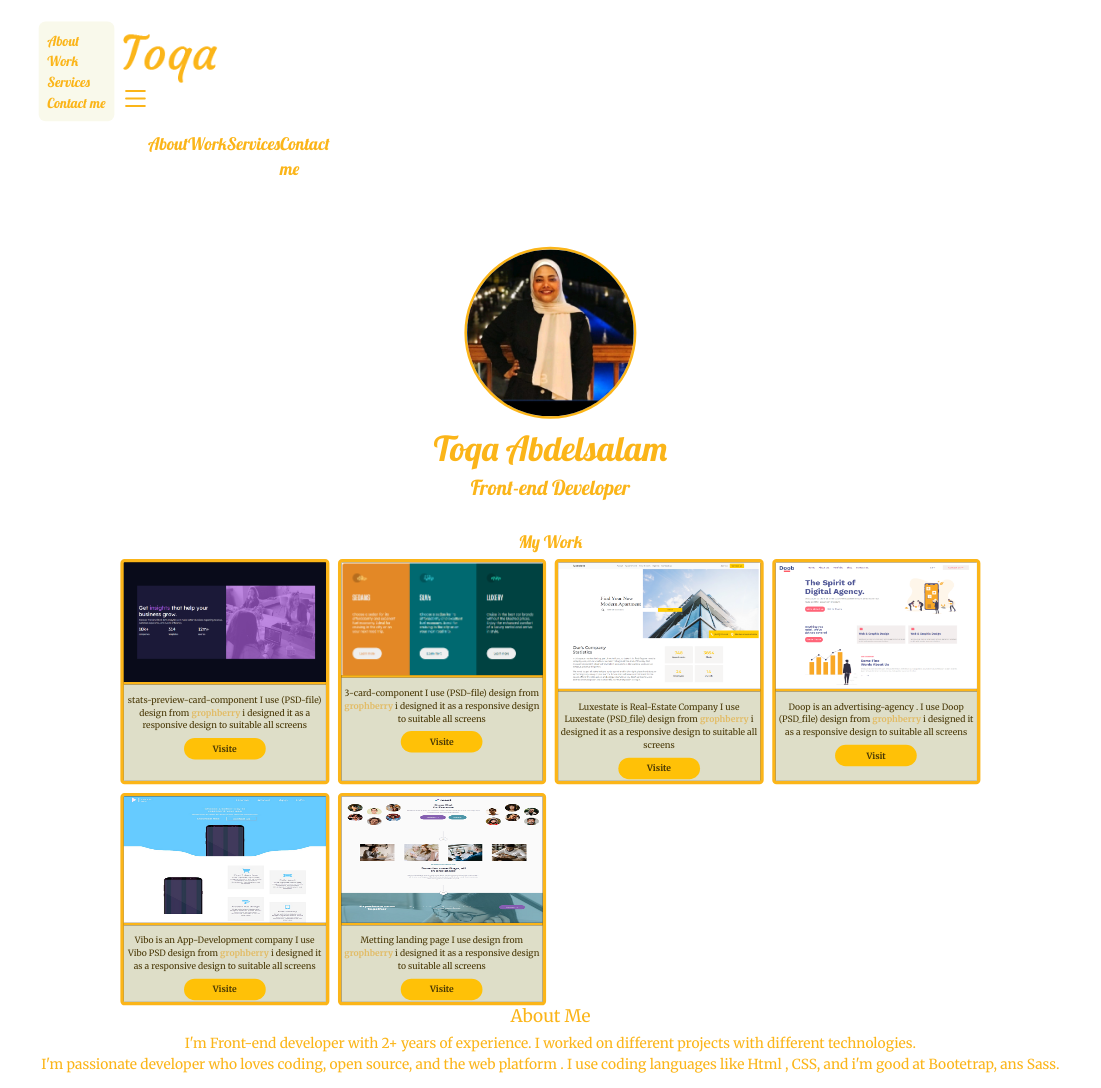
Repository: Toqa-25/portfolio
Page: index.html
The author's editor kept a copy of each file at every save. The page is drawn from the files as they stood at one save, then again after the next save.
The browser window is 1280 px wide. The pictures show the whole page, at 86% of full size.
Some web fonts or font styles are not loaded; a fallback is used.

Above is the page before, as saved 2021-10-31 16:16:58.

After the next save:
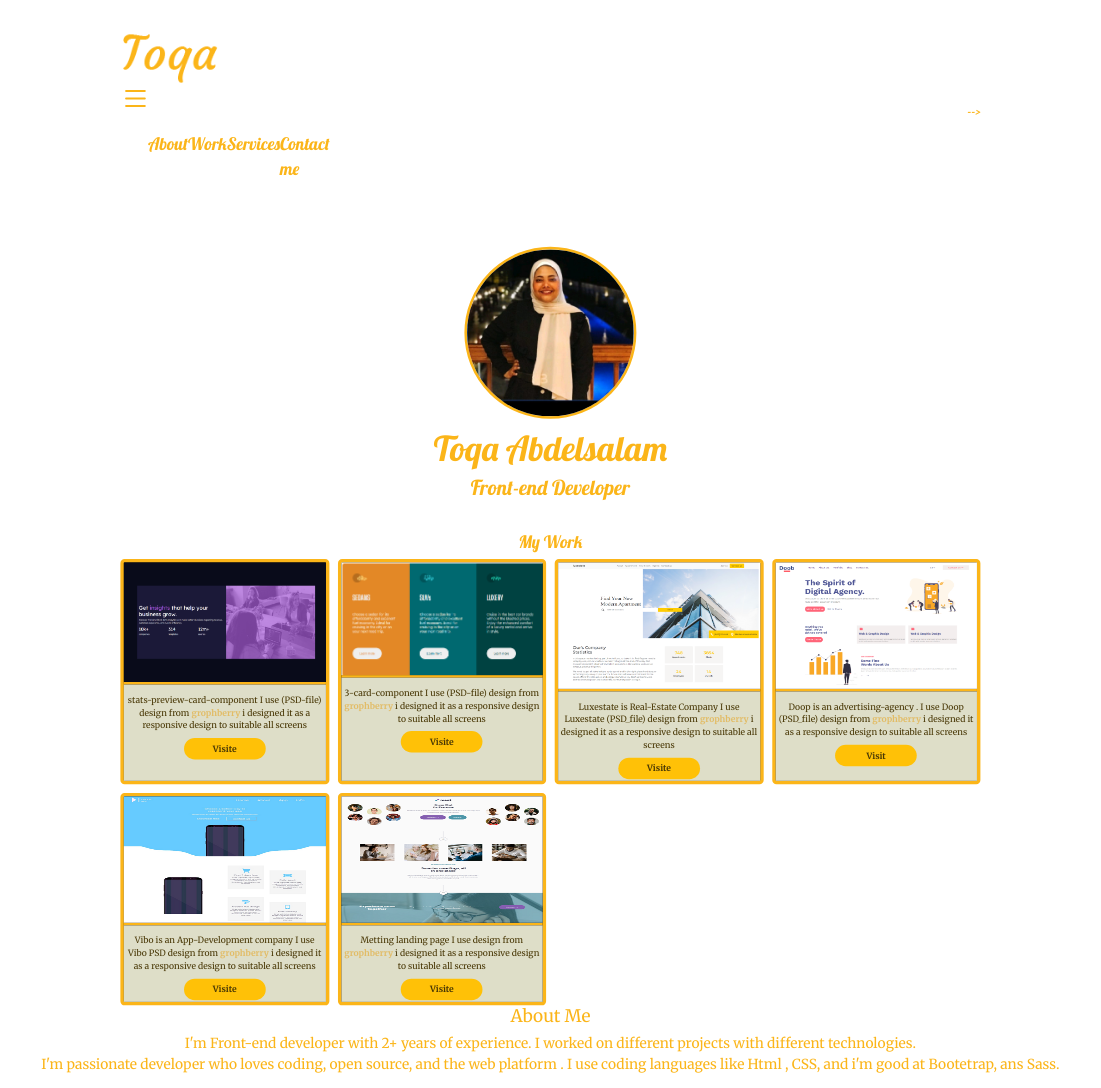
Saved 11 s later.
--- a/index.html
+++ b/index.html
@@ -44,7 +44,7 @@
            </div>
 
          </div>
-       <div role="bar">
+       <!-- <div role="bar">
       <ul class="hidden-bar">
         <li>About</li>
         <li>Work</li>
@@ -52,7 +52,7 @@
         <li>Contact me</li>
         <!-- <li>Reviews</li> -->
       </ul>
-      </div>
+      </div> -->
     </nav>
     </header><!-- end header section -->
 
